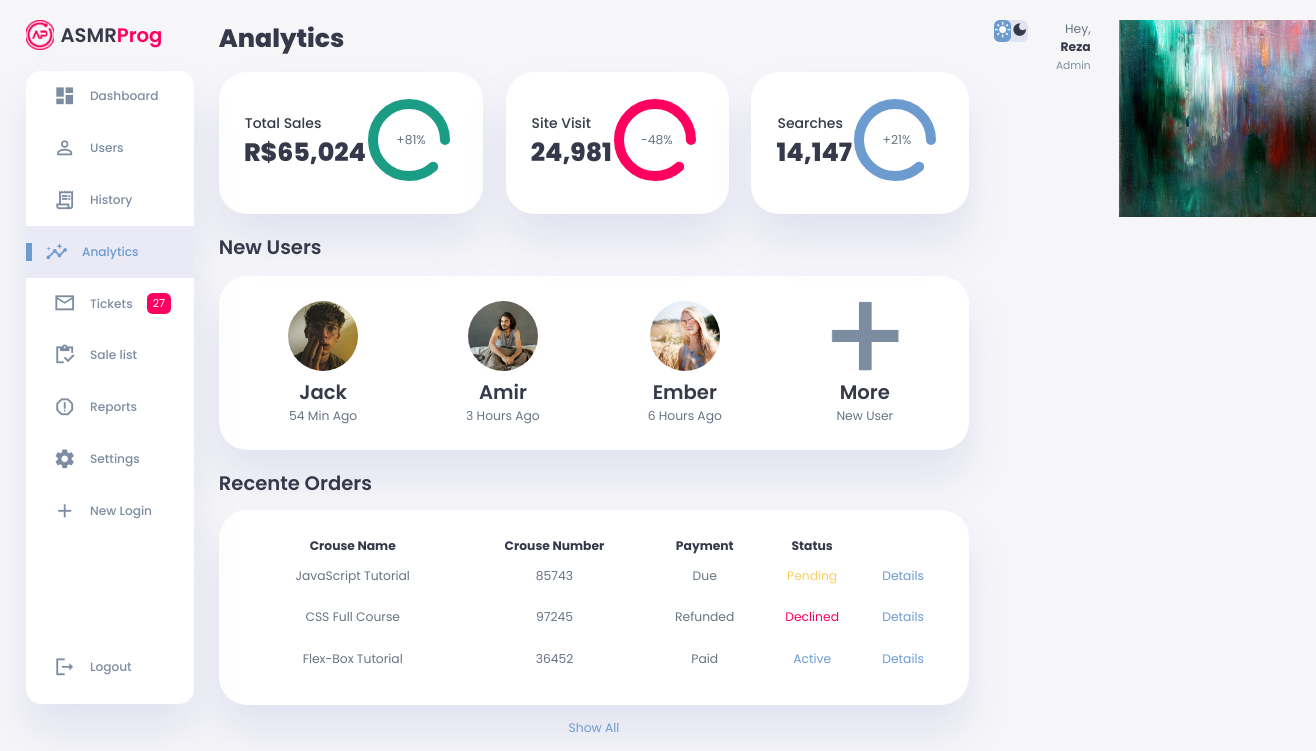
Repository: pheonix5/ProjetosRN-linux
Page: DashBoard/index.html
These files come from the project's save history. The page is drawn as it stood at one moment and after the next save; the edit follows.
The browser window is 1280 px wide. The page is 1316 px wide, so the pictures cover 1316 px, including what lies to the right of the window. The pictures show the whole page.

Above is the page before, as saved 2023-08-06 02:46:48.

### DashBoard/index.html
<!DOCTYPE html>
<html lang="pt-br">

<head>
  <meta charset="UTF-8">
  <meta name="viewport" content="width=device-width, initial-scale=1.0">
  <link href="https://fonts.googleapis.com/icon?family=Material+Icons+Sharp" rel="stylesheet">
  <link rel="stylesheet" href="style.css">
  <title>Responsive Dashboard Design #1</title>
</head>

<body>

  <div class="container">
    <!-- Siderbar Section -->
    <aside>
      <div class="toggle">
        <div class="logo">
          <img src="images/logo.png">
          <h2>ASMR<span class="danger">Prog</span></h2>
        </div>
        <div class="close" id="close-btn">
          <span class="material-icons-sharp">
            close
          </span>
        </div>
      </div>

      <div class="sidebar">
        <a href="#">
          <span class="material-icons-sharp">
            dashboard
          </span>
          <h3>Dashboard</h3>
        </a>
        <a href="#">
          <span class="material-icons-sharp">
            person_outline
          </span>
          <h3>Users</h3>
        </a>
        <a href="#">
          <span class="material-icons-sharp">
            receipt_long
          </span>
          <h3>History</h3>
        </a>
        <a href="#" class="active">
          <span class="material-icons-sharp">
            insights
          </span>
          <h3>Analytics</h3>
        </a>
        <a href="#">
          <span class="material-icons-sharp">
            mail_outline
          </span>
          <h3>Tickets</h3>
          <span class="message_count">27</span>
        </a>
        <a href="#">
          <span class="material-icons-sharp">
            inventory
          </span>
          <h3>Sale list</h3>
        </a>
        <a href="#">
          <span class="material-icons-sharp">
            report_gmailerrorred
          </span>
          <h3>Reports</h3>
        </a>
        <a href="#">
          <span class="material-icons-sharp">
            settings
          </span>
          <h3>Settings</h3>
        </a>
        <a href="#">
          <span class="material-icons-sharp">
            add
          </span>
          <h3>New Login</h3>
        </a>
        <a href="#">
          <span class="material-icons-sharp">
            logout
          </span>
          <h3>Logout</h3>
        </a>
      </div>
    </aside>
    <!-- Fim da Seção do Sidebar-->

    <!-- Main Content-->
    <main>
      <h1>Analytics</h1>
      <!-- Analyses -->
      <div class="analyse">
        <div class="sales">
          <div class="status">
            <div class="info">
              <h3>Total Sales</h3>
              <h1>R$65,024</h1>
            </div>
            <div class="progresss">
              <svg>
                <circle cx="38" cy="38" r="36"></circle>
              </svg>
              <div class="percentage">
                <p>+81%</p>
              </div>
            </div>
          </div>
        </div>

        <div class="visits">
          <div class="status">
            <div class="info">
              <h3>Site Visit</h3>
              <h1>24,981</h1>
            </div>
            <div class="progresss">
              <svg>
                <circle cx="38" cy="38" r="36"></circle>
              </svg>
              <div class="percentage">
                <p>-48%</p>
              </div>
            </div>
          </div>
        </div>

        <div class="searches">
          <div class="status">
            <div class="info">
              <h3>Searches</h3>
              <h1>14,147</h1>
            </div>
            <div class="progresss">
              <svg>
                <circle cx="38" cy="38" r="36"></circle>
              </svg>
              <div class="percentage">
                <p>+21%</p>
              </div>
            </div>
          </div>
        </div>
      </div>
      <!-- End Of Analyses -->

      <!--  New Users Section -->
      <div class="new-users">
        <h2>New Users</h2>
        <div class="user-list">
          <div class="user">
            <img src="images/profile-2.jpg">
            <h2>Jack</h2>
            <p>54 Min Ago</p>
          </div>
          <div class="user">
            <img src="images/profile-3.jpg">
            <h2>Amir</h2>
            <p>3 Hours Ago</p>
          </div>
          <div class="user">
            <img src="images/profile-4.jpg">
            <h2>Ember</h2>
            <p>6 Hours Ago</p>
          </div>
          <div class="user">
            <img src="images/plus.png">
            <h2>More</h2>
            <p>New User</p>
          </div>
        </div>
      </div>
      <!-- End of New Users Section -->


      <!-- Recente Orders Table -->
      <div class="recent-orders">
        <h2>Recente Orders</h2>
        <table>
          <thead>
            <tr>
              <th>Crouse Name</th>
              <th>Crouse Number</th>
              <th>Payment</th>
              <th>Status</th>
              <th></th>
            </tr>
          </thead>
          <tbody>

          </tbody>
        </table>
        <a href="#">Show All</a>
      </div>
      <!-- End of Recent Orders -->

    </main>
    <!-- End of Main Content -->

    <!-- Right Section-->
    <div class="right-section">
      <div class="nav">
        <button id="menu-btn">
          <span class="material-icons-sharp">
            menu
          </span>
        </button>
        <div class="dark-mode">
          <span class="material-icons-sharp active">
            light_mode
          </span>
          <span class="material-icons-sharp">
            dark_mode
          </span>
        </div>

        <div class="profile">
          <div class="info">
            <p>Hey, <b>Reza</b></p>
            <small class="text-muted">Admin</small>
          </div>
          <div class="profile-photo">
            <img src="images/profile-1.jpg">
          </div>
        </div>

      </div>
    </div>


  </div>

  <script src="orders.js"></script>
  <script src="index.js"></script>
</body>

</html>

### DashBoard/style.css
@import url('https://fonts.googleapis.com/css2?family=Barlow:ital,wght@0,100;0,200;0,300;0,400;0,500;0,600;0,700;0,800;0,900;1,100;1,200;1,300;1,400;1,500;1,600;1,700;1,800;1,900&family=Poppins:wght@300;400;500;600;700;800&display=swap');

:root{
  --color-primary: #6C9BCF;
    --color-danger: #FF0060;
    --color-success: #1B9C85;
    --color-warning: #F7D060;
    --color-white: #fff;
    --color-info-dark: #7d8da1;
    --color-dark: #363949;
    --color-light: rgba(132, 139, 200, 0.18);
    --color-dark-variant: #677483;
    --color-background: #f6f6f9;

    --card-border-radius: 2rem;
    --border-radius-1: 0.4rem;
    --border-radius-2: 1.2rem;

    --card-padding: 1.8rem;
    --padding-1: 1.2rem;

    --box-shadow: 0 2rem 3rem var(--color-light);
}

.dark-mode-variables{
  --color-background: #181a1e;
    --color-white: #202528;
    --color-dark: #edeffd;
    --color-dark-variant: #a3bdcc;
    --color-light: rgba(0, 0, 0, 0.4);
    --box-shadow: 0 2rem 3rem var(--color-light);
}

*{
  margin: 0;
  padding: 0;
  outline: 0;
  appearance: 0;
  border: 0;
  text-decoration: none;
  box-sizing: border-box;
}

html{
  font-size: 14px;
}

body{
  width: 100vw;
  height: 100vh;
  font-family: 'Poppins', sans-serif;
  font-size: 0.88rem;
  user-select: none;
  overflow-x: hidden;
  color: var(--color-dark);
  background-color: var(--color-background);
}

a{
  color: var(--color-dark);
}

img{
  display: block;
  width: 100%;
  object-fit: cover;
}

h1{
  font-weight: 800;
  font-size: 1.8rem;
}

h2{
  font-weight: 600;
  font-size: 1.4rem;
}

h3{
  font-weight: 500;
  font-size: 0.87rem;
}

small{
  font-size: 0.76rem;
}

p{
  color: var(--color-dark-variant);
}

b{
  color: var(--color-dark);
}

.text-muted{
  color: var(--color-info-dark);
}

.primary{
  color: var(--color-primary);
}

.danger{
  color: var(--color-danger);
}

.sucess{
  color: var(--color-success);
}

.warning{
  color: var(--color-warning);
}

.container{
  display: grid;
  width: 96%;
  margin: 0 auto;
  gap: 1.8rem;
  grid-template-columns: 12rem auto 23rem;
}

aside{
  height: 100vh;
}

aside .toggle{
  display: flex;
  align-items: center;
  justify-content: space-between;
  margin-top: 1.4rem;
}

aside .toggle .logo{
  display: flex;
  gap: 0.5rem;
}

aside .toggle .logo img{
  width: 2rem;
  width: 2rem;
}

aside .toggle .close{
  padding-right: 1rem;
  display: none;
}

aside .sidebar{
  display: flex;
  flex-direction: column;
  background-color: var(--color-white);
  box-shadow: var(--box-shadow);
  border-radius: 15px;
  height: 88vh;
  position: relative;
  top: 1.5rem;
  transition: all 0.3s ease;
}

aside .sidebar:hover{
  box-shadow: none;
}

aside .sidebar a{
  display: flex;
  align-items: center;
  color:  var(--color-info-dark);
  height: 3.7rem;
  gap: 1rem;
  position: relative;
  margin-left: 2rem;
  transition: all 0.3s ease;
}

aside .sidebar a span{
  font-size: 1.6rem;
  transition: all 0.3s ease;
}

aside .sidebar a:last-child{
  position: absolute;
  bottom: 0.8rem;
  width: 100%;
}

aside .sidebar a.active{
  width: 100%;
  color: var(--color-primary);
  background-color: var(--color-light);
  margin-left: 0;
}

aside .sidebar a.active::before{
  content: '';
  width: 6px;
  height: 18px;
  background-color: var(--color-primary);
}

aside .sidebar a.active span{
  color: var(--color-primary);
  margin-left: calc(1rem -3px);
}

aside .sidebar a:hover{
  color: var(--color-primary);
}

aside .sidebar a:hover span{
  margin-left: 0.6rem;
}

aside .sidebar .message_count{
  background-color: var(--color-danger);
  padding: 2px 6px;
  color: var(--color-white);
  font-size: 11px;
  border-radius: var(--border-radius-1);
}

main{
  margin-top: 1.4rem;
}

main .analyse{
  display: grid;
  grid-template-columns: repeat(3, 1fr);
  gap: 1.6rem;
}

main .analyse > div{
  background-color: var(--color-white);
  padding: var(--card-padding);
  border-radius: var(--card-border-radius);
  margin-top: 1rem;
  box-shadow: var(--box-shadow);
  cursor: pointer;
  transition: all 0.3s ease;
}

main .analyse > div:hover{
  box-shadow: none;
}

main .analyse > div .status{
  display: flex;
  align-items: center;
  justify-content: space-between;
}


main .analyse h3{
  margin-left: .06rem;
  font-size: 1rem;
}

main .analyse .progresss{
  position: relative;
  width: 92px;
  height: 92px;
  border-radius: 50%;
}

main .analyse svg{
  width: 7rem;
  height: 7rem;
}

main .analyse svg circle{
  fill: none;
  stroke-width: 10;
  stroke-linecap: round;
  transform: translate(5px, 5px);
}

main .analyse .sales svg circle{
  stroke: var(--color-success);
  stroke-dashoffset: -30;
  stroke-dasharray: 200;
}

main .analyse .visits svg circle{
  stroke: var(--color-danger);
  stroke-dashoffset: -30;
  stroke-dasharray: 200;
}

main .analyse .searches svg circle{
  stroke: var(--color-primary);
  stroke-dashoffset: -30;
  stroke-dasharray: 200;
}

main .analyse .progresss .percentage{
  position: absolute;
  top: -3px;
  left: -1px;
  display: flex;
  align-items: center;
  justify-content: center;
  height: 100%;
  width: 100%;
}

main .new-users{
  margin-top: 1.3rem;
}

main .new-users .user-list{
  background-color: var(--color-white);
  padding: var(--card-padding);
  border-radius: var(--card-border-radius);
  margin-top: 1rem;
  box-shadow: var(--box-shadow);
  display: flex;
  justify-content: space-around;
  flex-wrap: wrap;
  gap: 1.4rem;
  transition: all 0.3s ease;
}

main .new-users .user-list:hover{
  box-shadow: none;
}

main .new-users .user-list .user{
  display: flex;
  flex-direction: column;
  align-items: center;
  justify-content: center;
}

main .new-users .user-list .user img{
  width: 5rem;
  height: 5rem;
  margin-bottom: 0.4rem;
  border-radius: 50%;
}

main .recent-orders{
  margin-top: 1.3rem;
}

main .recent-orders h2{
  margin-bottom: 0.8rem;
}

main .recent-orders table{
  background-color: var(--color-white);
  width: 100%;
  padding: var(--card-padding);
  text-align: center;
  box-shadow: var(--box-shadow);
  border-radius: var(--card-border-radius);
  transition: all 0.3s ease;
}

main .recent-orders table:hover{
  box-shadow: none;
}

main table tbody td{
  height: 2.8rem;
  border-bottom: 1px solid var(--color-white);
  color: var(--color-dark-variant);
}

main table tbody tr:last-child td{
  border: none;
}

main .recent-orders a{
  text-align: center;
  display: block;
  margin: 1rem auto;
  color:  var(--color-primary);
}

.right-section{
  margin-top: 1.4rem;
}

.right-section .nav{
  display: flex;
  justify-content: end;
  gap: 2rem;
}

.right-section .nav button{
  display: none;
}

.right-section .dark-mode{
  background-color: var(--color-light);
  display: flex;
  justify-content: space-between;
  align-items: center;
  height: 1.6rem;
  width: 4.2rem;
  cursor: pointer;
  border-radius: var(--border-radius-1);
}

.right-section .dark-mode span{
  font-size: 1.2rem;
  width: 50%;
  height: 100%;
  display: flex;
  align-items: center;
  justify-content: center;
}

.right-section .dark-mode span.active{
  background-color: var(--color-primary);
  color: white;
  border-radius: var(--border-radius-1);
}

.right-section .nav .profile{
  display: flex;
  gap: 2rem;
  text-align: right;
}

### DashBoard/orders.js
const Orders = [
  {
    productName: 'JavaScript Tutorial',
    productNumber: '85743',
    paymentStatus: 'Due',
    status: 'Pending'
  },
  {
    productName: 'CSS Full Course',
    productNumber: '97245',
    paymentStatus: 'Refunded',
    status: 'Declined'
  },
  {
    productName: 'Flex-Box Tutorial',
    productNumber: '36452',
    paymentStatus: 'Paid',
    status: 'Active'
  },
]

### DashBoard/index.js
Orders.forEach(order => {
  const tr = document.createElement('tr');
  const trContent = `
    <td>${order.productName}</td>
    <td>${order.productNumber}</td>
    <td>${order.paymentStatus}</td>
    <td class="${order.status === 'Declined' ? 'danger' : order.status === 'Pending' ? 'warning' : 'primary'}">${order.status}</td>
    <td class="primary">Details</td>
  ` ;
  tr.innerHTML = trContent;
  document.querySelector('table tbody').appendChild(tr)
})

After the next save:
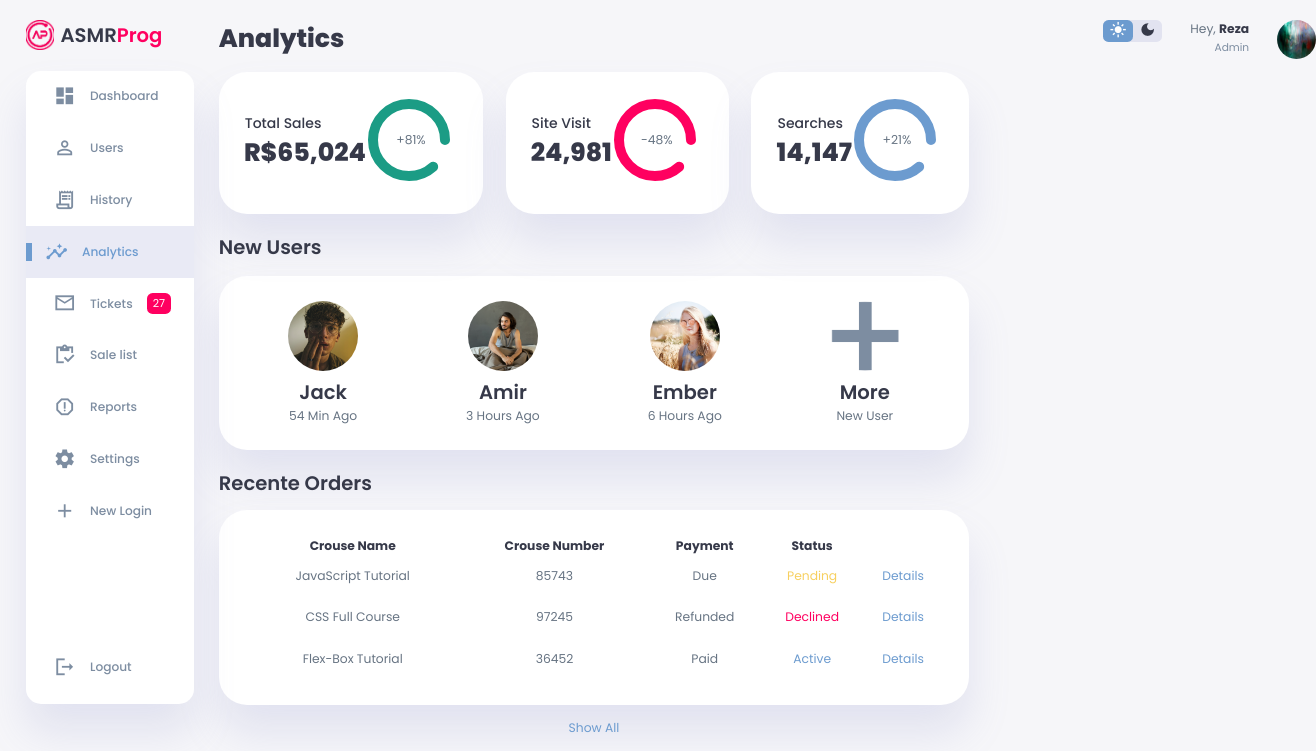
Saved 34 s later.
--- a/DashBoard/style.css
+++ b/DashBoard/style.css
@@ -423,3 +423,9 @@ main .recent-orders a{
   gap: 2rem;
   text-align: right;
 }
+.right-section .nav .profile .profile-photo{
+  width: 2.8rem;
+  height: 2.8rem;
+  border-radius: 50%;
+  overflow: hidden;
+}
